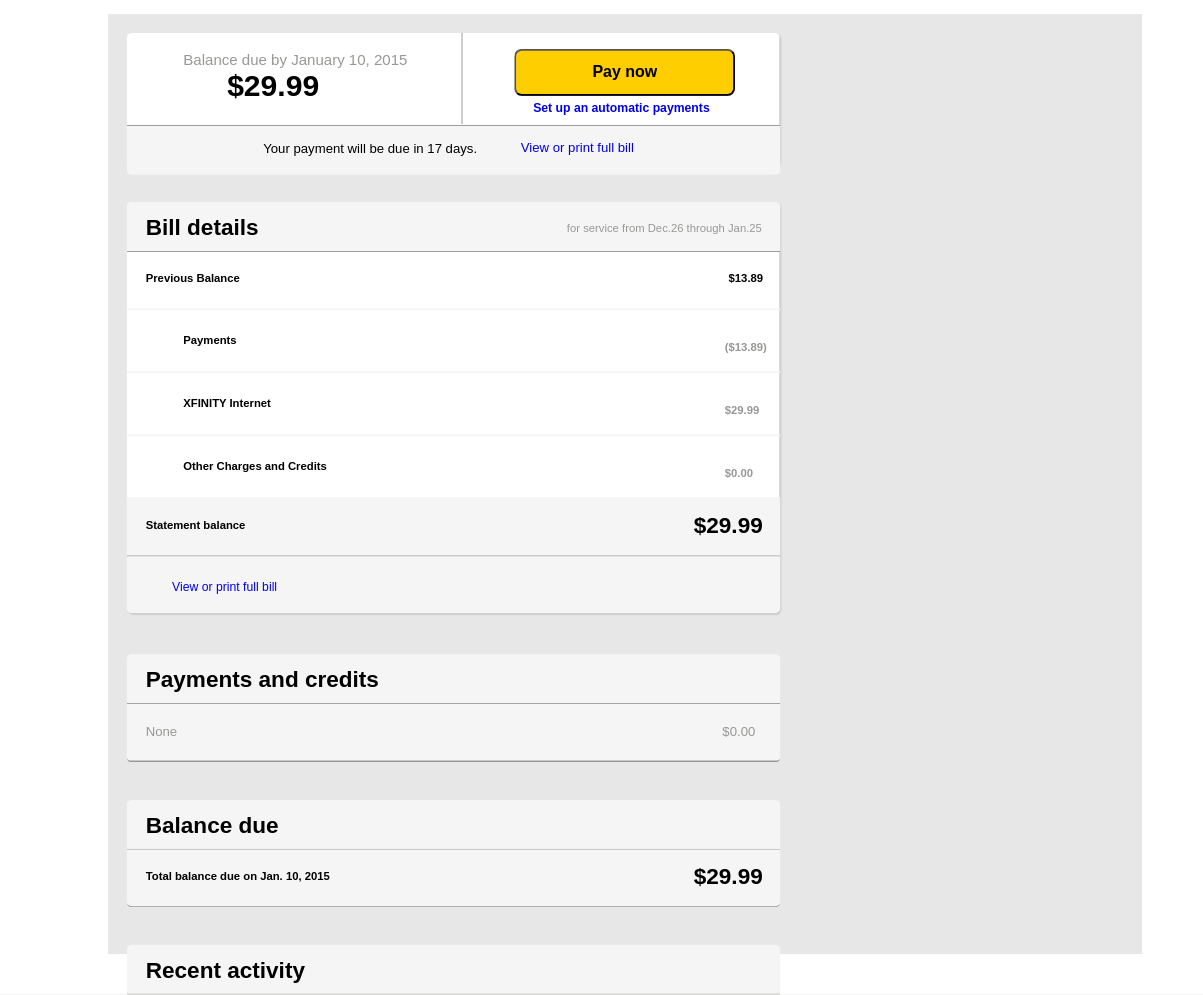
Repository: Sakivaday/UI-TSQ
Page: Aptana Studio 3 Workspace/tsq/assignment3/comcast2.html
An editor plug-in stored every save of this project. The page is shown before and after the next save, followed by the edit.
The browser window is 1280 px wide. The pictures show the whole page, at 94% of full size.
Pictures or frames that could not be fetched are drawn as grey boxes.

Above is the page before, as saved 2015-01-22 00:34:39.

### Aptana Studio 3 Workspace/tsq/assignment3/comcast2.html
<!DOCTYPE html>
<html lang="en">
	<head>


		<title>comcast2</title>
		<link href="comcst2.css" rel="stylesheet" type="text/css" media="all"/>
	</head>

	<body>
		<div class="bigbox">
			<div class="topleft1">

				<div class="cash">
					<p>Balance due by January 10, 2015</p>
					<h1>$29.99</h1>
				</div>
				<div class="pay">
					<button>Pay now</button>
					<a href="#">Set up an automatic payments</a>
				</div>
				<div class="days">
					<ul><li>
					<p>Your payment will be due in 17 days.
					<a href="#">View or print full bill</a></p>
				</li></ul>
				</div>
				</div>

			<div class="topleft2">
				<div class="billdetails">
					<h2>Bill details</h2>
					<div class="questionmark"></div>
					<p>for service from Dec.26 through Jan.25</p>
				</div>
			<div class="previousbalance">
				<p id="pb">Previous Balance</p>
				<p id="cc">$13.89</p>
			</div>
			<div class="rectbox1">
				<ul>
					<li>
						<div class="arrow"><p class="lft">Payments</p>
						</div>
						<p class="bill">($13.89)</p>
					</li></ul></div>

			<div class="rectbox1">	<ul>    <li>
						<div class="arrow"><p class="lft">XFINITY Internet</p>
						</div>
						<p class="bill">$29.99</p>
			</li></ul></div>
			<div class="rectbox1"><ul>		<li>
						<div class="arrow"><p class="lft">Other Charges and Credits</p>
						</div>
						<p class="bill">$0.00</p>
			</li></ul></div>
		<div class="statement">
					<p id="sb">Statement balance</p>
					<h2 id="p">$29.99</h2>
				</div>
				<div class="lst">
				<div class="pd">
					<a href="#">View or print full bill</a>
				</div></div>
			</div>
		<div class="payments">
					<h2>Payments and credits</h2>
					<div class="questionmark"></div>
				</div>
		<div class="none">
				<p id="no">None</p>
				<p id="cash">$0.00</p>
			</div>
		<div class="balance">
					<h2>Balance due</h2>
					<div class="questionmark"></div>
				</div>
		<div class="totalbalance">
					<p id="tb">Total balance due on Jan. 10, 2015</p>
					<h2 id="dollar">$29.99</h2>
				</div>
		<div class="recentactivity">
					<h2>Recent activity</h2>
					<div class="questionmark"></div>
				</div>






		</div>



	</body>
</html>

### Aptana Studio 3 Workspace/tsq/assignment3/comcst2.css
*{
	padding:0px;
	margin:0px;
	font-family: "Arial";
	text-decoration: none;
	list-style: none;
}
.bigbox {
	width:1100px;
	height: 1000px;
	margin-left:115px;
	margin-top: 15px;
	background-color: #e7e7e7;
}
.topleft1{
	width: 694px;
	height: 140px;
	background-color: white;
	box-shadow: 2px 2px 2px #cacaca;
	border-radius: 5px;
	margin-left: 20px;
	margin-top: 20px;
	display: inline-block;
}
.cash{
	float:left;
	margin-left: 30px;
	margin-top:20px;
	width: 47%;
}
.cash p{
	color: #989896;
	margin-left: 30px;
}
.cash h1{
	text-align: center;
	margin-left: -75px;
}
button{
	background-color: #fece00;
	width: 235px;
	height: 50px;
	border-radius: 8px;
	font-weight: bold;
	font-size: 17px;
	float:left;
	margin-left: 55px;
	margin-top: 17px;
}
.pay a{
	font-size: 13px;
	font-weight:600;
	margin-left: 75px;
	padding-top: 5px;
	padding-bottom: 10px;
	display: inline-block;
}
.pay{
	width: 47%;
	float:left;
	border-left: 1px solid #989896;
}
.days{
	background-color: #F5F5F5;
	border-top: 1px solid #989896;
	height: 52px;
	width: 695px;
	margin-top: 98px;
	border-radius: 0px 0px 5px 5px;
}
.days ul li p{
	margin-left: 145px;
	margin-top: 16px;
	font-size: 14px;
}
.days ul li a{
	font-size:14px;
	margin-left: 274px;
    display:inherit;
    margin-top: -17px;
}
.pdf{
	margin-left: 500px;
	margin-top: 16px;
	font-size: 14px;
}
.topleft2{
	width: 694px;
	background-color: white;
	box-shadow: 2px 2px 2px #cacaca;
	border-radius: 5px;
	margin-left: 20px;
	margin-top: 40px;
	display: inline-block;
}
.billdetails{
    background-color: #F5F5F5;
	border-bottom: 1px solid #989896;
	height: 52px;
	width: 695px;
	border-radius: 5px 5px 0px 0px;
}
.billdetails h2{
	margin-top: 13px;
	margin-left: 20px;
	float: left;
}
.questionmark{
	background: url('pictures/sprite.png') no-repeat;
	width:14px;
	height:14px;
	background-position: -200px -1300px;
	float: left;
	margin-top: 21px;
	margin-left: 10px;
}
.billdetails p{
	margin-top: -14px;
	margin-left: 328px;
	float:left;
	font-size: 12px;
	color: #989896;
}
.previousbalance{
	border-bottom: 2px solid #F5F5F5;
	height: 60px;
	width: 695px;
}
#pb{
	margin-left:20px;
	margin-top: 21px;
	font-weight:600;
	float:left;
	font-size: 12px;
}
#cc{
	margin-left:520px;
	margin-top: 21px;
	font-weight:600;
	float: left;
	font-size: 12px;
}
.arrow{
	background: url('pictures/sprite.png') no-repeat;
	width:23px;
	height:23px;
	background-position: -101px -500px;
	float: left;
	margin-top: 21px;
	margin-left: 20px;
}
.lft{
	float: left;
	margin-top: 4px;
	margin-left: 40px;
	font-weight:600;
	font-size: 12px;
	width: 160px;
}
.bill{
	float: left;
	margin-top: -12px;
	margin-left: 636px;
	font-weight:600;
	font-size: 12px;
	color: #989896;
	display:inline-block;
}
.rectbox1{
	border-bottom: 2px solid #F5F5F5;
	height: 65px;
	width: 695px;
}
.statement{
	border-bottom: 1px solid #989896;
	height: 60px;
	width: 695px;
	background-color: #F5F5F5;
}
#sb{
	margin-left:20px;
	margin-top: 21px;
	font-weight:600;
	float:left;
	font-size: 12px;
}
#p{
	margin-left: 603px;
	margin-top: -21px;
	float: left;
}
.lst{
	height: 60px;
	width: 695px;
	background-color: #F5F5F5;
	border-radius: 0px 0px 5px 5px;
}
.pd{
	background: url('pictures/sprite.png') no-repeat;
	width:22px;
	height:27px;
	background-position: -252px -300px;
	float: left;
	margin-top: 21px;
	margin-left: 10px;
}
.lst .pd a{
	float: left;
	margin-left: 38px;
	margin-top: 4px;
	font-size: 13px;
	width: 140px;
}
.payments{
    background-color: #F5F5F5;
	border-bottom: 1px solid #989896;
	height: 52px;
	width: 695px;
	border-radius: 5px 5px 0px 0px;
	margin-left:20px;
	margin-top: 40px;
}
.payments h2{
	margin-top: 13px;
	margin-left: 20px;
	float: left;
}
.none{
	background-color: #F5F5F5;
	border-bottom: 2px solid #989896;
	height: 60px;
	width: 695px;
	border-radius: 0px 0px 5px 5px;
	margin-left:20px;
}
#no{
	margin-left:20px;
	margin-top: 21px;
	color:#989896;
	float:left;
	font-size: 14px;
}
#cash{
	margin-left:580px;
	margin-top: 21px;
	color:#989896;
	float: left;
	font-size: 14px;
}
.balance{
    background-color: #F5F5F5;
	border-bottom: 1px solid #989896;
	height: 52px;
	width: 695px;
	border-radius: 5px 5px 0px 0px;
	margin-left:20px;
	margin-top: 40px;
}
.balance h2{
	margin-top: 13px;
	margin-left: 20px;
	float: left;
}
.totalbalance{
	border-bottom: 1px solid #989896;
	height: 60px;
	width: 695px;
	background-color: #F5F5F5;
	border-radius: 0px 0px 5px 5px;
	margin-left: 20px;
}
#tb{
	margin-left:20px;
	margin-top: 21px;
	font-weight:600;
	float:left;
	font-size: 12px;
}
#dollar{
	margin-left: 603px;
	margin-top: -21px;
	float: left;
}
.recentactivity{
    background-color: #F5F5F5;
	border-bottom: 1px solid #989896;
	height: 52px;
	width: 695px;
	border-radius: 5px 5px 0px 0px;
	margin-left:20px;
	margin-top: 40px;
}
.recentactivity h2{
	margin-top: 13px;
	margin-left: 20px;
	float: left;
}

After the next save:
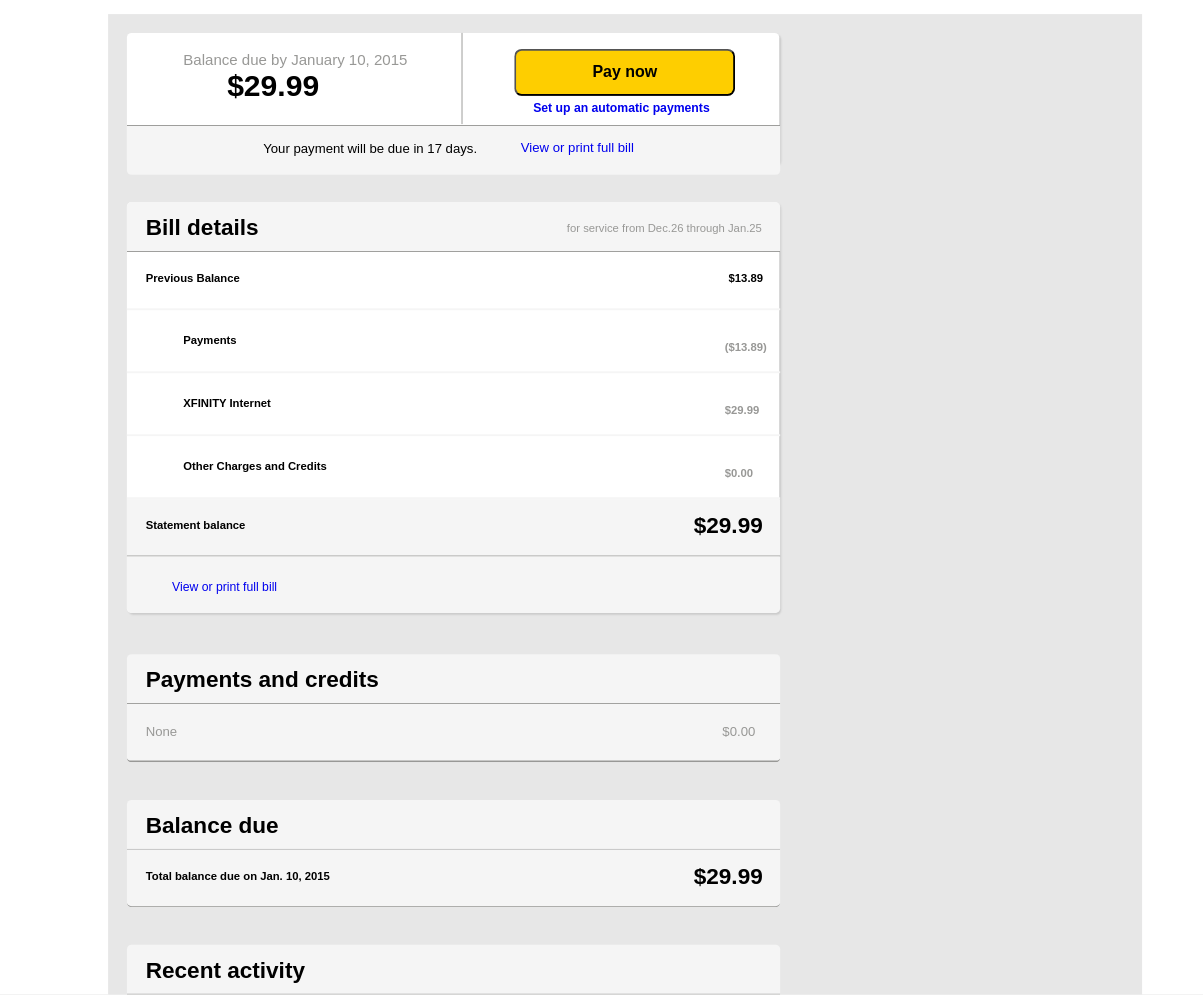
Saved 49 s later.
--- a/Aptana Studio 3 Workspace/tsq/assignment3/comcst2.css
+++ b/Aptana Studio 3 Workspace/tsq/assignment3/comcst2.css
@@ -7,7 +7,6 @@
 }
 .bigbox {
 	width:1100px;
-	height: 1000px;
 	margin-left:115px;
 	margin-top: 15px;
 	background-color: #e7e7e7;
